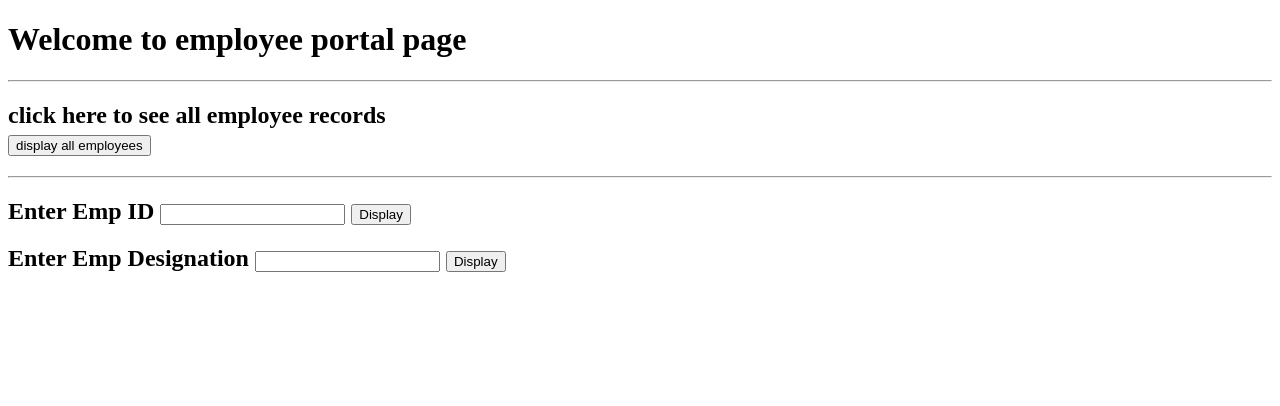
Repository: sushmasetti/Angular1
Page: http://localhost/dbDemo/welcome.jsp
These files come from the project's save history. The page is drawn as it stood at one moment and after the next save; the edit follows.
The browser window is 1280 px wide. The pictures show the whole page.
The page is served by Tomcat 9.

Above is the page before, as saved 2019-08-17 18:24:04.

After the next save:
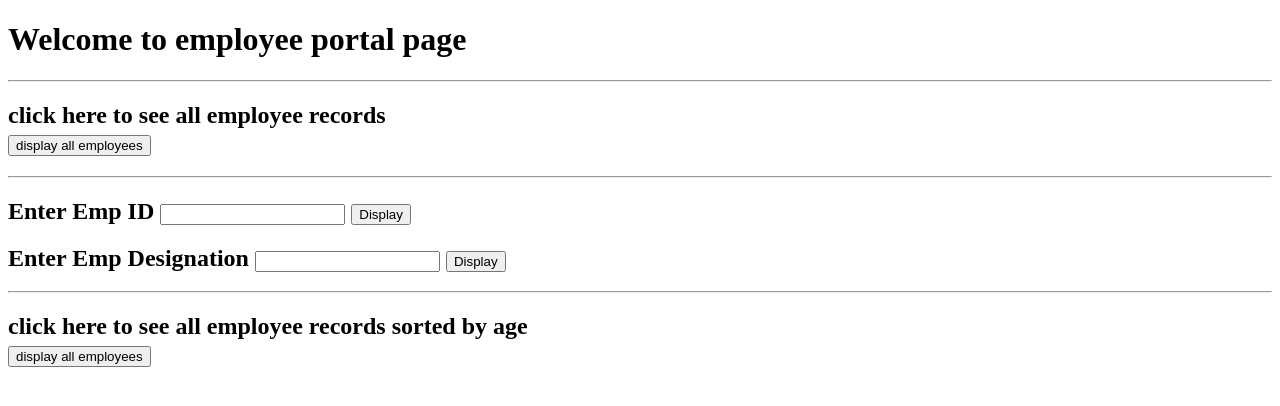
Saved 79 s later.
--- a/Spring/dbDemo/src/main/webapp/welcome.jsp
+++ b/Spring/dbDemo/src/main/webapp/welcome.jsp
@@ -28,5 +28,13 @@ Enter Emp Designation <input type="text" name="designation">
 <input type="submit" name="submit" value="Display">
 </h2>
 </form>
+
+<hr>
+<form action="displayByAge" method="post">
+<h2>
+click here to see all employee records sorted by age <br>
+<input type="submit" name="submit" value="display all employees">
+</h2>
+</form>
 </body>
 </html>
